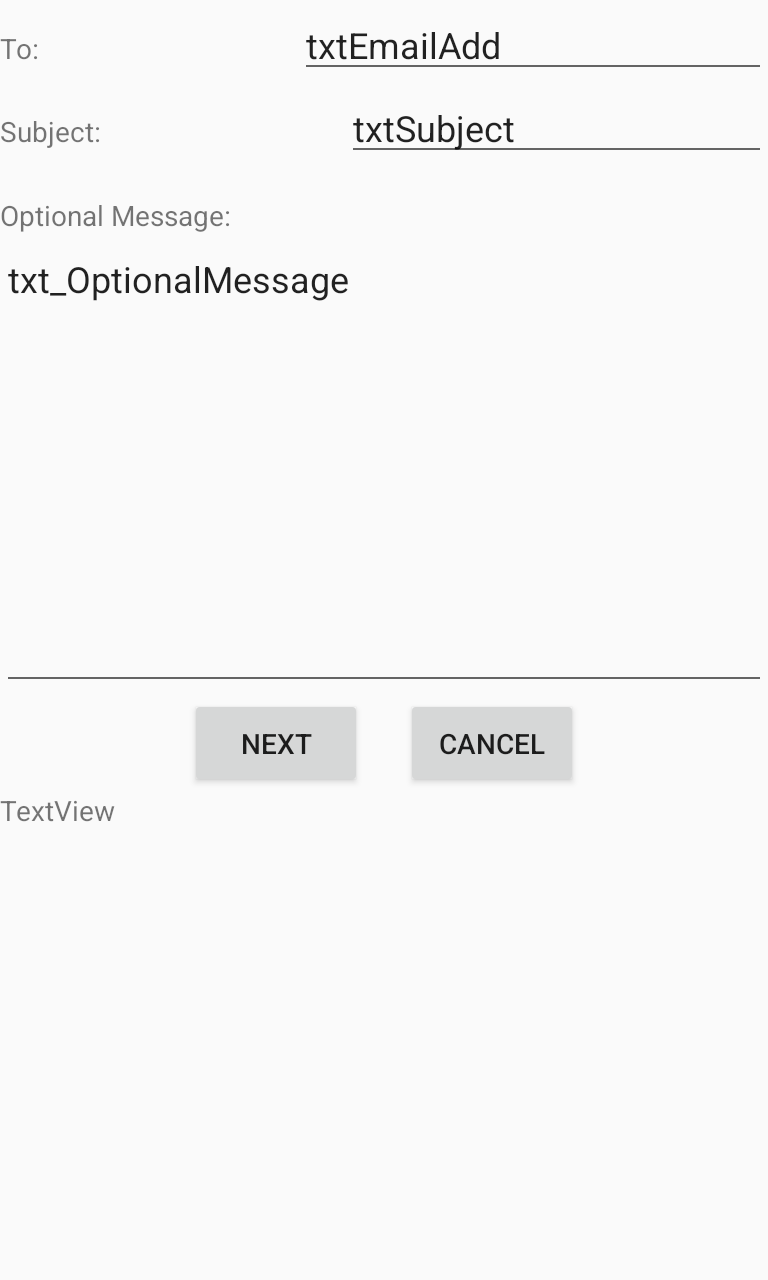
Repository: TeamZhao/Assignment-Tracker
Layout: AssignmentTracker/res/layout/activity_get_email_info.xml
These files come from the project's save history. The layout is drawn as it stood at one moment and after the next save; the edit follows.
It is drawn on a 768 x 1280 px phone screen (xhdpi) without system bars, with theme AppTheme; the app's code is not run.

Above is the layout before, as saved 2014-12-01 02:59:12.

After the next save:
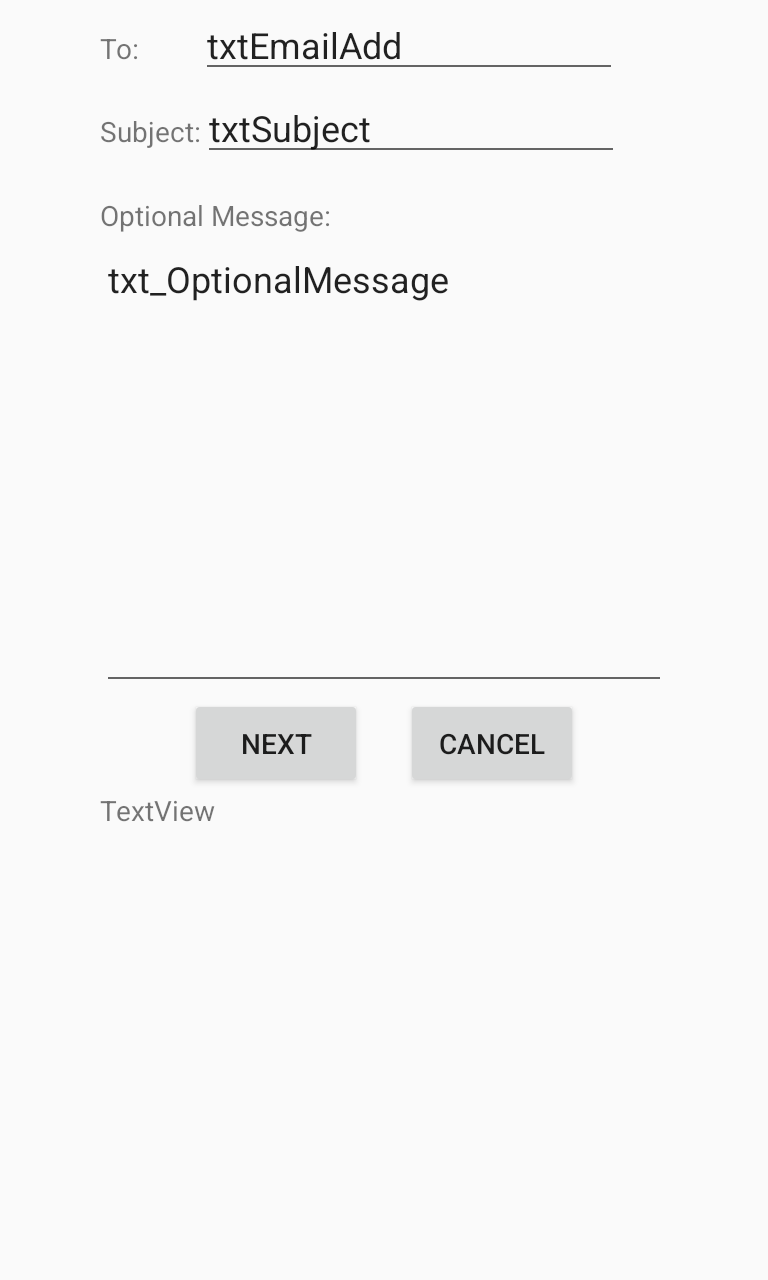
Saved 101 s later.
--- a/AssignmentTracker/res/layout/activity_get_email_info.xml
+++ b/AssignmentTracker/res/layout/activity_get_email_info.xml
@@ -2,7 +2,8 @@
     android:layout_width="match_parent"
     android:layout_height="match_parent"
     android:orientation="vertical"
- >
+    android:paddingLeft="50dp"
+    android:paddingRight="50dp" >
 
     <LinearLayout
         android:layout_width="match_parent"
@@ -13,14 +14,14 @@
             android:id="@+id/textView1"
             android:layout_width="wrap_content"
             android:layout_height="wrap_content"
-            android:layout_weight="1"
+            android:paddingRight="30dp"
             android:text="@string/to" />
 
         <EditText
             android:id="@+id/txtEmailAdd"
             android:layout_width="wrap_content"
             android:layout_height="wrap_content"
-            android:layout_weight="1"
+            android:ems="10"
             android:enabled="true"
             android:text="txtEmailAdd" />
 
@@ -35,16 +36,15 @@
             android:id="@+id/textView3"
             android:layout_width="wrap_content"
             android:layout_height="wrap_content"
-            android:text="@string/subject"
-            android:layout_weight="1"/>
+            android:text="@string/subject" />
 
         <EditText
             android:id="@+id/txtSubject"
             android:layout_width="wrap_content"
             android:layout_height="wrap_content"
+            android:ems="10"
             android:enabled="true"
-            android:text="txtSubject"
-            android:layout_weight="1" />
+            android:text="txtSubject" />
 
     </LinearLayout>
 
